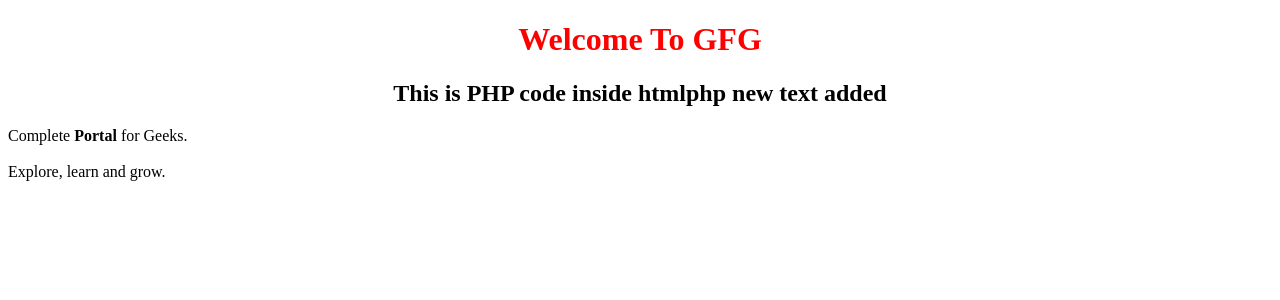
Repository: navyasureshkodenkiri/phpprojectgh-
Page: http://localhost/example1.php
These files come from the project's save history. The page is drawn as it stood at one moment and after a run of saves; the edit follows.
The browser window is 1280 px wide. The pictures show the whole page.
The page is run by PHP 8.4 with error messages shown; the project is at /var/www/html/.

Above is the page before, as saved 2022-12-14 11:11:03.

After the next 3 saves:
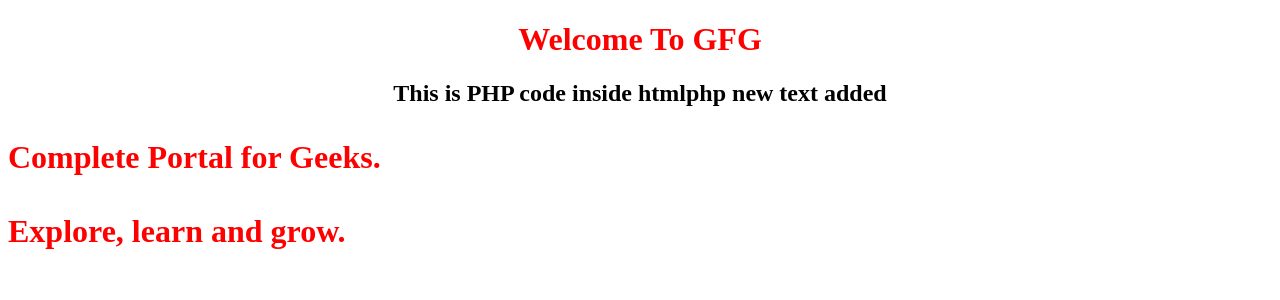
The 3 saves are shown as one change because they came seconds apart.
The last was saved 80 s later.
--- a/example1.php
+++ b/example1.php
@@ -21,6 +21,7 @@
             ?>
             </h2>
     </center>
+    <h1>
     <p>
 <?php
     echo "Complete <strong>Portal</strong> for Geeks."
